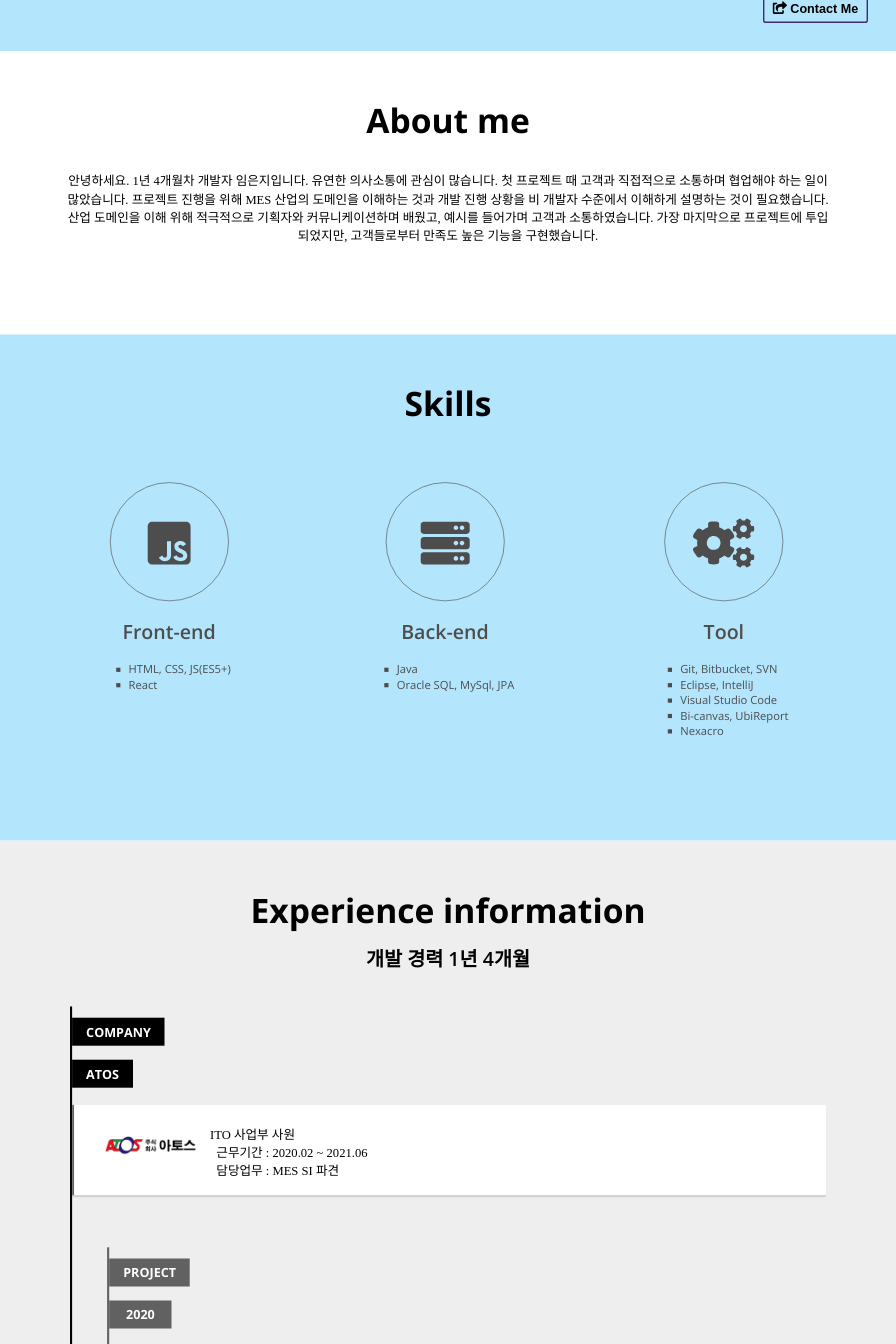
Repository: salangdung-i/portfolio
Page: index.html
An editor plug-in stored every save of this project. The page is shown before and after the next save, followed by the edit.
The browser window is 1280 px wide. The pictures show the part of the page from y = 727 to 2647 px (the page is 5428 px tall before and 5454 px after), at 70% of full size.
Some web fonts or font styles are not loaded; a fallback is used. Some web libraries are served in a nearby version.

Above is the page before, as saved 2021-12-27 08:58:26.

After the next save:
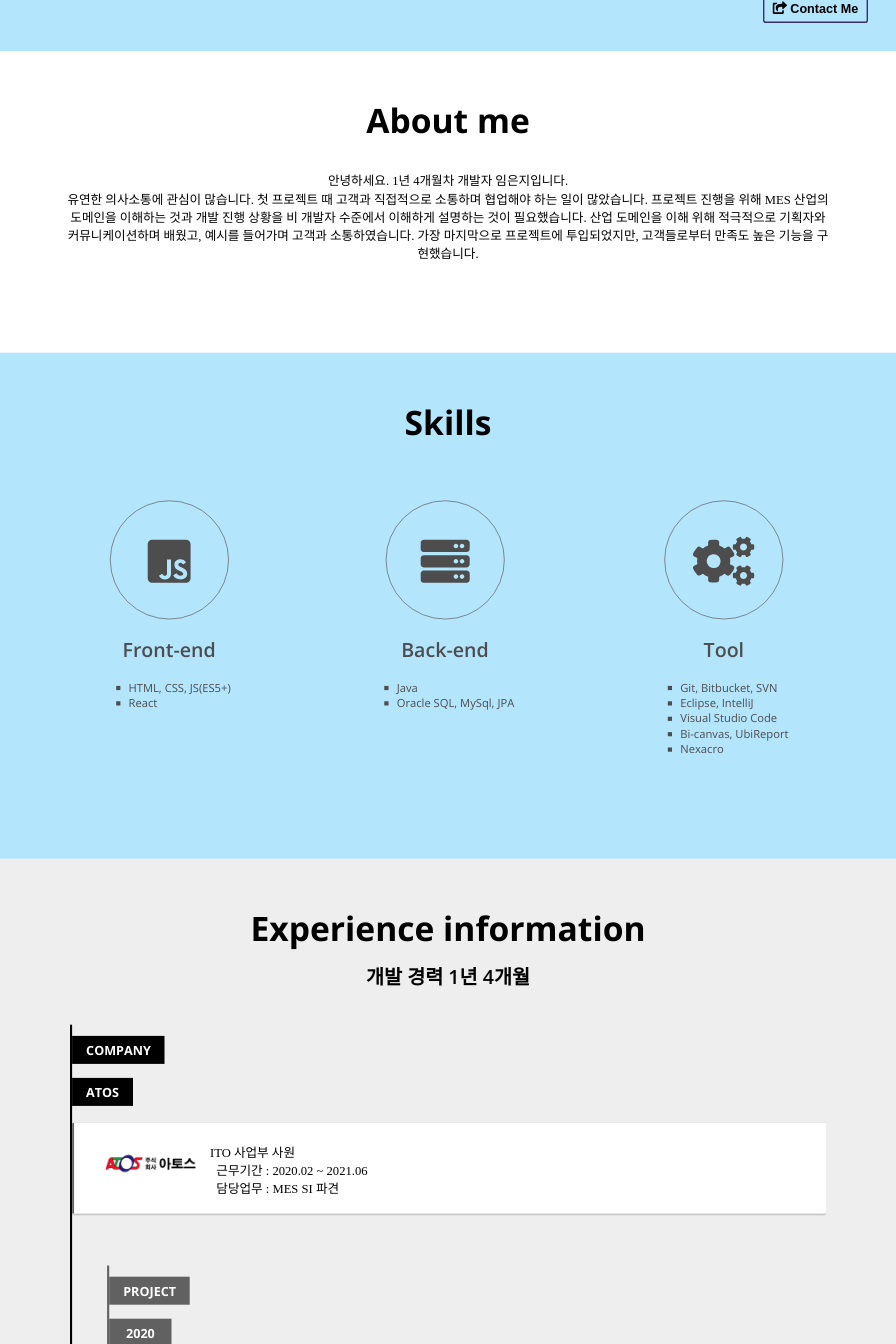
Saved 13 s later.
--- a/index.html
+++ b/index.html
@@ -55,7 +55,7 @@
     </header>
     <div class="about--text">
       <p>
-        안녕하세요. 1년 4개월차 개발자 임은지입니다.
+        안녕하세요. 1년 4개월차 개발자 임은지입니다.<br>
         유연한 의사소통에 관심이 많습니다.
         첫 프로젝트 때 고객과 직접적으로 소통하며 협업해야 하는 일이 많았습니다.
         프로젝트 진행을 위해 MES 산업의 도메인을 이해하는 것과 개발 진행 상황을 비 개발자 수준에서 이해하게 설명하는 것이 필요했습니다.
